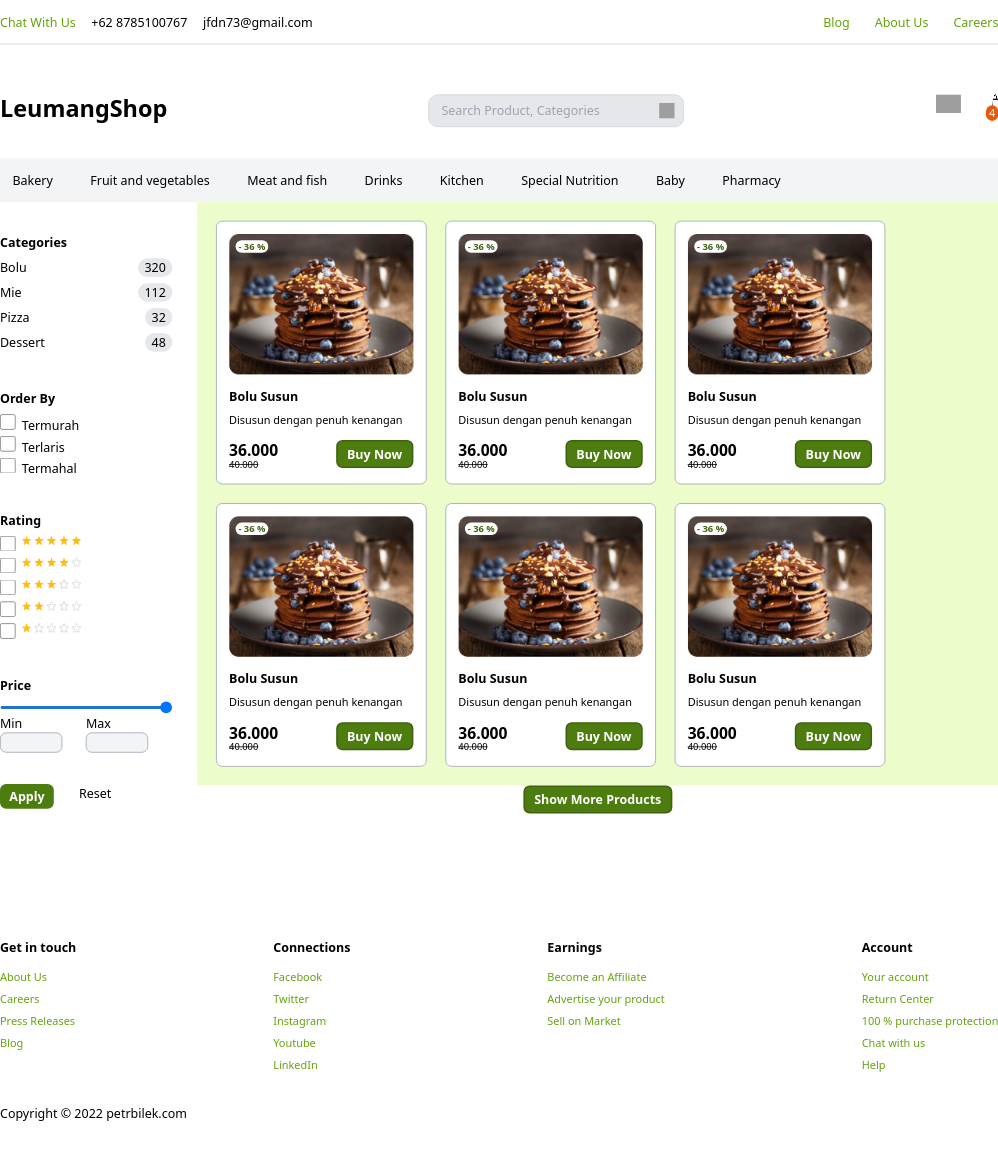
Repository: jafetdn73/ecommerce-tailwind
Page: /
The author's editor kept a copy of each file at every save. The page is drawn from the files as they stood at one save, then again after the next save.
The browser window is 1280 px wide. The pictures show the whole page, at 78% of full size.
Pictures or frames that could not be fetched are drawn as grey boxes. The project was rebuilt for these pictures with package versions that can differ from the ones it lists, and the page was loaded fresh each time. Also part of the build but not shown: src/App.css.

Above is the page before, as saved 2022-03-14 17:33:21.

### src/App.js
import "./App.css";

function App() {
  return (
    <div className="bg-white container mx-auto">
      <div className="flex justify-between py-4 border-b border-gray-300">
        <div className="flex gap-5">
          <a href="http://google.com" className="text-lime-600">
            Chat With Us
          </a>
          <a href="http://facebook.com">+62 8785100767</a>
          <a href="http://ggogl.com">jfdn73@gmail.com</a>
        </div>

        <div className="">
          <ul className="flex gap-8 text-lime-600">
            <li>Blog</li>
            <li>About Us</li>
            <li>Careers</li>
          </ul>
        </div>
      </div>

      <div className="flex justify-between mt-16">
        <h1 className="text-3xl font-bold">LeumangShop</h1>
        <div className="flex w-full justify-center items-center">
          <input
            type="text"
            placeholder="Search Product, Categories"
            className="w-1/3 border border-gray-300 bg-gray-200 rounded-xl pl-4 py-2"
          />
          <img src="/images/search-icon.png" alt="search" className="w-5 h-5 -ml-8"/>
        </div>
        <div className="flex gap-10">
          <img src="/images/user-icon.png" alt="user" className="w-8 h-6"/>
          <div className="relative">
            <img src="/images/cart-icon.png" alt="icon" className="w-8 h-6"/>
            <label className="absolute bottom-2 -left-2 bg-orange-600 text-white py-0.25 px-1 rounded-full text-sm">4</label>
          </div>
        </div>
      </div>

      <div className="bg-gray-100 mt-10 py-4 pl-4 text-base font-medium">
        <ul className="flex gap-12">
          <li>Bakery</li>
          <li>Fruit and vegetables</li>
          <li>Meat and fish</li>
          <li>Drinks</li>
          <li>Kitchen</li>
          <li>Special Nutrition</li>
          <li>Baby</li>
          <li>Pharmacy</li>
        </ul>
        </div>

      {/* Container Wrapper */}
      <div className="flex gap-4">
        {/* Side Bar Container */}
        <div className="flex flex-col w-96" >
          {/* Categories Container */}
          <div className="flex flex-col mt-10">
            <h1 className="font-bold text-base mb-2">Categories</h1>
            <ul>
              <div className="flex justify-between">
                <li>Bolu</li><label className="mb-2 bg-gray-200 pl-2 pr-2 rounded-xl">320</label>
              </div>
              <div className="flex justify-between">
                <li>Mie</li><label className="mb-2 bg-gray-200 pl-2 pr-2 rounded-xl">112</label>
              </div>
              <div className="flex justify-between">
                <li>Pizza</li><label className="mb-2 bg-gray-200 pl-2 pr-2 rounded-xl">32</label>
              </div>
              <div className="flex justify-between">
                <li>Dessert</li><label className="mb-2 bg-gray-200 pl-2 pr-2 rounded-xl">48</label>
              </div>
            </ul>
          </div>
          {/* Order By Categories */}
          <div className="flex flex-col mt-10">
            <h1 className="font-bold mb-2">Order By</h1>
           <div>
              <input type="checkbox" className="accent-lime-700 w-5 h-5 mr-2 mb-2"></input>
              <span className="mb-1">Termurah</span>
          </div>
          <div>
            <input type="checkbox"  className="accent-lime-700 w-5 h-5 mr-2 mb-2"></input>
            <label>Terlaris</label>
          </div>
          <div>
            <input type="checkbox"  className="accent-lime-700 w-5 h-5 mr-2 mb-2"></input>
            <label>Termahal</label>
          </div>
          </div>
          {/* Rating Container */}
          <div className="flex flex-col mt-10">
            <h1 className="font-bold mb-2">Rating</h1>
           <div  className="flex">
             <input type="checkbox" className="accent-lime-700 w-5 h-5 mr-2 mb-2">
               </input>
               <div className="flex w-3 h-3 gap-1">
                 <img src="images/rate-star.png" alt="rate-star"/>
                 <img src="images/rate-star.png" alt="rate-star"/>
                 <img src="images/rate-star.png" alt="rate-star"/>
                 <img src="images/rate-star.png" alt="rate-star"/>
                 <img src="images/rate-star.png" alt="rate-star"/>
                 </div>
          </div>
          <div  className="flex">
             <input type="checkbox" className="accent-lime-700 w-5 h-5 mr-2 mb-2">
               </input>
               <div className="flex w-3 h-3 gap-1">
                 <img src="images/rate-star.png" alt="rate-star"/>
                 <img src="images/rate-star.png" alt="rate-star"/>
                 <img src="images/rate-star.png" alt="rate-star"/>
                 <img src="images/rate-star.png" alt="rate-star"/>
                 <img src="images/unrate-star.png" alt="unrate-star"/>
                 </div>
          </div>
          <div  className="flex">
             <input type="checkbox" className="accent-lime-700 w-5 h-5 mr-2 mb-2">
               </input>
               <div className="flex w-3 h-3 gap-1">
                 <img src="images/rate-star.png" alt="rate-star"/>
                 <img src="images/rate-star.png" alt="rate-star"/>
                 <img src="images/rate-star.png" alt="rate-star"/>
                 <img src="images/unrate-star.png" alt="unrate-star"/>
                 <img src="images/unrate-star.png" alt="unrate-star"/>
                 </div>
          </div>
          <div  className="flex">
             <input type="checkbox" className="accent-lime-700 w-5 h-5 mr-2 mb-2">
               </input>
               <div className="flex w-3 h-3 gap-1">
                 <img src="images/rate-star.png" alt="rate-star"/>
                 <img src="images/rate-star.png" alt="rate-star"/>
                 <img src="images/unrate-star.png" alt="unrate-star"/>
                 <img src="images/unrate-star.png" alt="unrate-star"/>
                 <img src="images/unrate-star.png" alt="unrate-star"/>
                 </div>
          </div>
          <div  className="flex">
             <input type="checkbox" className="accent-lime-700 w-5 h-5 mr-2 mb-2">
               </input>
               <div className="flex w-3 h-3 gap-1">
                 <img src="images/rate-star.png" alt="rate-star"/>
                 <img src="images/unrate-star.png" alt="unrate-star"/>
                 <img src="images/unrate-star.png" alt="unrate-star"/>
                 <img src="images/unrate-star.png" alt="unrate-star"/>
                 <img src="images/unrate-star.png" alt="unrate-star"/>
                 </div>
          </div>

          </div>
          {/* Price Container */}
          <div className="flex flex-col mt-10">
          <h1 className="font-bold">Price</h1>
          <div><input
                type="range"
                className="w-full h-1 p-0 bg-gray-200 focus:outline-none focus:ring-0 focus:shadow-sm"
                min="0"
                max="5"
              />
           </div>
           <div className="flex">
             <div className="w-2/4"><label>Min</label><br></br><input className="w-20 bg-gray-100 border border-gray-400 rounded-lg" type="text"/></div>
             <div  className="w-2/4"><label>Max</label><br></br><input className="w-20 bg-gray-100 border border-gray-400 rounded-lg" type="text"/></div>
           </div>
          </div>
          <div className="flex mt-10">
            <button className="py-1 px-3 mr-8 rounded-lg font-bold bg-lime-700 text-white">Apply</button><label>Reset</label></div>
        </div>
        <div className="bg-gray-100">
          <div className="bg-yellow-100">
          </div>
        </div>
        {/* Container Content */}
        <div>
          <div className="flex flex-wrap bg-lime-100 w-full p-6 gap-6" >

        <div className="w-70 h-fit p-4 bg-white border border-gray-400 rounded-lg">
          <div className="flex relative">
            <img src="images/bolu-susun.png" alt="bolu-susun" width="236" height="180"/>
            <label className="text-lime-800 font-bold text-xs ml-2 absolute bottom-26 left-0 bg-white mt-2 mb-2 pl-1 pr-1 rounded-xl">- 36 %</label>
          </div>
          <div>
          <h1 className="font-bold text-base mt-4 mb-2">Bolu Susun</h1>
          <p className="text-sm">Disusun dengan penuh kenangan</p>
          </div>
          <div className="flex justify-between mt-4">
            <div className="flex flex-col">
              <label className="font-bold text-xl">36.000</label>
              <label className="line-through text-xs -mt-1">40.000</label>
            </div>
            <div>
              <button className="py-1 px-3 rounded-lg font-bold border-2 border-lime-800 bg-lime-700 text-white">Buy Now</button>
            </div>
          </div>
        </div>

        <div className="w-70 h-fit p-4 bg-white border border-gray-400 rounded-lg">
          <div className="flex relative">
            <img src="images/bolu-susun.png" alt="bolu-susun" width="236" height="180"/>
            <label className="text-lime-800 font-bold text-xs ml-2 absolute bottom-26 left-0 bg-white mt-2 mb-2 pl-1 pr-1 rounded-xl">- 36 %</label>
          </div>
          <div>
          <h1 className="font-bold text-base mt-4 mb-2">Bolu Susun</h1>
          <p className="text-sm">Disusun dengan penuh kenangan</p>
          </div>
          <div className="flex justify-between mt-4">
            <div className="flex flex-col">
              <label className="font-bold text-xl">36.000</label>
              <label className="line-through text-xs -mt-1">40.000</label>
            </div>
            <div>
              <button className="py-1 px-3 rounded-lg font-bold border-2 border-lime-800 bg-lime-700 text-white">Buy Now</button>
            </div>
          </div>
        </div>

        <div className="w-70 h-fit p-4 bg-white border border-gray-400 rounded-lg">
          <div className="flex relative">
            <img src="images/bolu-susun.png" alt="bolu-susun" width="236" height="180"/>
            <label className="text-lime-800 font-bold text-xs ml-2 absolute bottom-26 left-0 bg-white mt-2 mb-2 pl-1 pr-1 rounded-xl">- 36 %</label>
          </div>
          <div>
          <h1 className="font-bold text-base mt-4 mb-2">Bolu Susun</h1>
          <p className="text-sm">Disusun dengan penuh kenangan</p>
          </div>
          <div className="flex justify-between mt-4">
            <div className="flex flex-col">
              <label className="font-bold text-xl">36.000</label>
              <label className="line-through text-xs -mt-1">40.000</label>
            </div>
            <div>
              <button className="py-1 px-3 rounded-lg font-bold border-2 border-lime-800 bg-lime-700 text-white">Buy Now</button>
            </div>
          </div>
        </div>

        <div className="w-70 h-fit p-4 bg-white border border-gray-400 rounded-lg">
          <div className="flex relative">
            <img src="images/bolu-susun.png" alt="bolu-susun" width="236" height="180"/>
            <label className="text-lime-800 font-bold text-xs ml-2 absolute bottom-26 left-0 bg-white mt-2 mb-2 pl-1 pr-1 rounded-xl">- 36 %</label>
          </div>
          <div>
          <h1 className="font-bold text-base mt-4 mb-2">Bolu Susun</h1>
          <p className="text-sm">Disusun dengan penuh kenangan</p>
          </div>
          <div className="flex justify-between mt-4">
            <div className="flex flex-col">
              <label className="font-bold text-xl">36.000</label>
              <label className="line-through text-xs -mt-1">40.000</label>
            </div>
            <div>
              <button className="py-1 px-3 rounded-lg font-bold border-2 border-lime-800 bg-lime-700 text-white">Buy Now</button>
            </div>
          </div>
        </div>

        <div className="w-70 h-fit p-4 bg-white border border-gray-400 rounded-lg">
          <div className="flex relative">
            <img src="images/bolu-susun.png" alt="bolu-susun" width="236" height="180"/>
            <label className="text-lime-800 font-bold text-xs ml-2 absolute bottom-26 left-0 bg-white mt-2 mb-2 pl-1 pr-1 rounded-xl">- 36 %</label>
          </div>
          <div>
          <h1 className="font-bold text-base mt-4 mb-2">Bolu Susun</h1>
          <p className="text-sm">Disusun dengan penuh kenangan</p>
          </div>
          <div className="flex justify-between mt-4">
            <div className="flex flex-col">
              <label className="font-bold text-xl">36.000</label>
              <label className="line-through text-xs -mt-1">40.000</label>
            </div>
            <div>
              <button className="py-1 px-3 rounded-lg font-bold border-2 border-lime-800 bg-lime-700 text-white">Buy Now</button>
            </div>
          </div>
        </div>

        <div className="w-70 h-fit p-4 bg-white border border-gray-400 rounded-lg">
          <div className="flex relative">
            <img src="images/bolu-susun.png" alt="bolu-susun" width="236" height="180"/>
            <label className="text-lime-800 font-bold text-xs ml-2 absolute bottom-26 left-0 bg-white mt-2 mb-2 pl-1 pr-1 rounded-xl">- 36 %</label>
          </div>
          <div>
          <h1 className="font-bold text-base mt-4 mb-2">Bolu Susun</h1>
          <p className="text-sm">Disusun dengan penuh kenangan</p>
          </div>
          <div className="flex justify-between mt-4">
            <div className="flex flex-col">
              <label className="font-bold text-xl">36.000</label>
              <label className="line-through text-xs -mt-1">40.000</label>
            </div>
            <div>
              <button className="py-1 px-3 rounded-lg font-bold border-2 border-lime-800 bg-lime-700 text-white">Buy Now</button>
            </div>
          </div>
        </div>
        </div>
        <div className="flex justify-center"><button className="py-1 px-3 rounded-lg font-bold border-2 border-lime-800 bg-lime-700 text-white">Show More Products</button></div>
      </div>


      </div>

      {/* footer */}
      <div className="flex justify-between mb-8 mt-40">

<div className="">
  <h2 className="font-bold mb-4">Get in touch</h2>
  <ul className="text-sm text-lime-600">
    <li className="mb-2">About Us</li>
    <li className="mb-2">Careers</li>
    <li className="mb-2">Press Releases</li>
    <li className="mb-2">Blog</li>
  </ul>
</div>

<div className="">
  <h2 className="font-bold mb-4">Connections</h2>
  <ul className="text-sm text-lime-600">
    <li className="mb-2">Facebook</li>
    <li className="mb-2">Twitter</li>
    <li className="mb-2">Instagram</li>
    <li className="mb-2">Youtube</li>
    <li className="mb-2">LinkedIn</li>
  </ul>
</div>

<div className="">
  <h2 className="font-bold mb-4">Earnings</h2>
  <ul className="text-sm text-lime-600">
    <li className="mb-2">Become an Affiliate</li>
    <li className="mb-2">Advertise your product</li>
    <li className="mb-2">Sell on Market</li>
  </ul>
</div>

<div className="">
  <h2 className="font-bold mb-4">Account</h2>
  <ul className="text-sm text-lime-600">
    <li className="mb-2">Your account</li>
    <li className="mb-2">Return Center</li>
    <li className="mb-2">100 % purchase protection</li>
    <li className="mb-2">Chat with us</li>
    <li className="mb-2">Help</li>
  </ul>
</div>

</div>

{/* copyright */}
<div className="mb-10">
<h4>Copyright &copy; 2022 petrbilek.com</h4>
</div>

    </div>
  );
}

export default App;

Loaded but not shown: public/index.html (common file); src/index.js (common file); src/index.css (common file); src/reportWebVitals.js (common file); tailwind.config.js (common file)

After the next save:
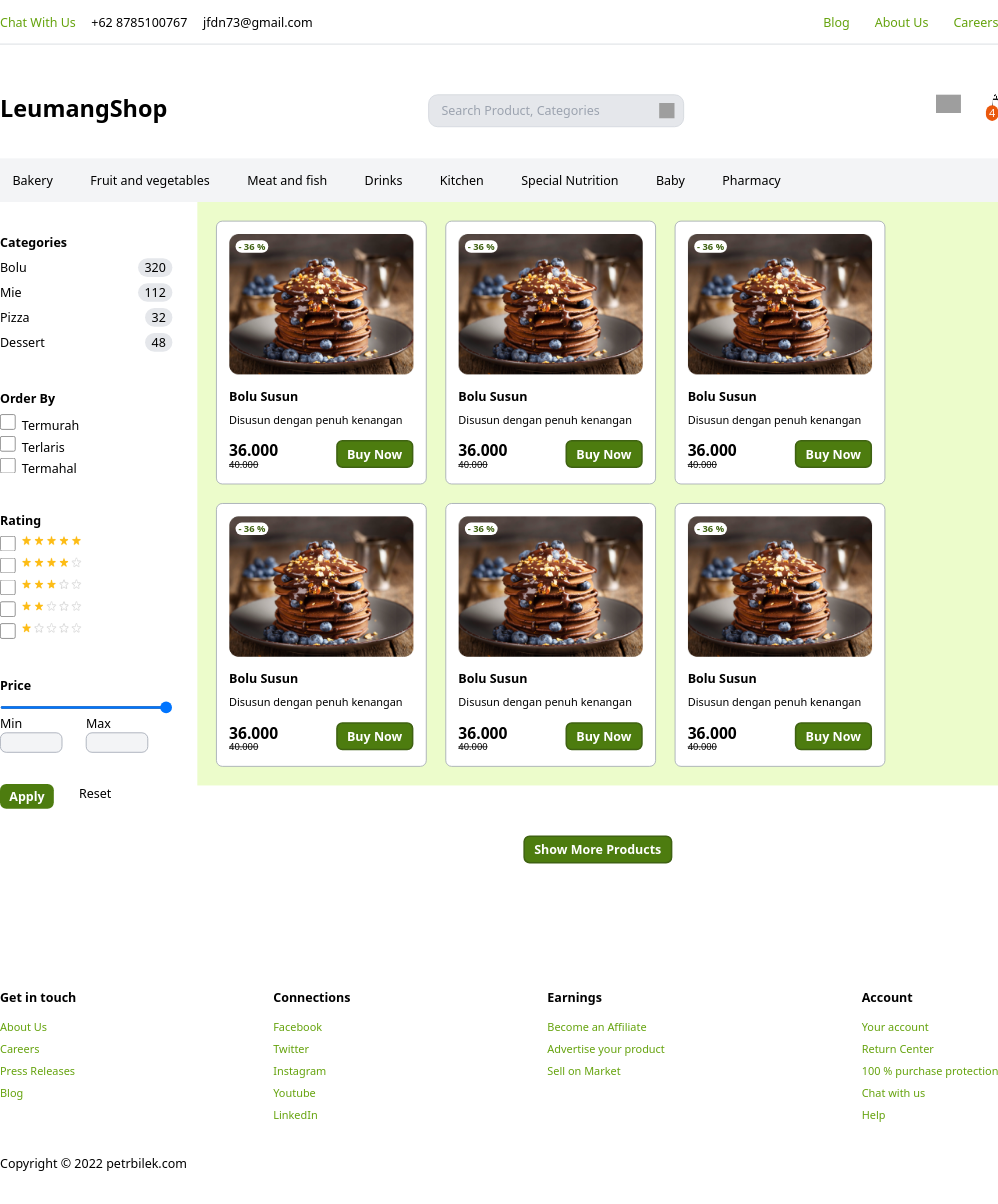
Saved 27 s later.
--- a/src/App.js
+++ b/src/App.js
@@ -297,7 +297,7 @@ function App() {
           </div>
         </div>
         </div>
-        <div className="flex justify-center"><button className="py-1 px-3 rounded-lg font-bold border-2 border-lime-800 bg-lime-700 text-white">Show More Products</button></div>
+        <div className="flex justify-center"><button className="mt-16 py-1 px-3 rounded-lg font-bold border-2 border-lime-800 bg-lime-700 text-white">Show More Products</button></div>
       </div>
 
 
